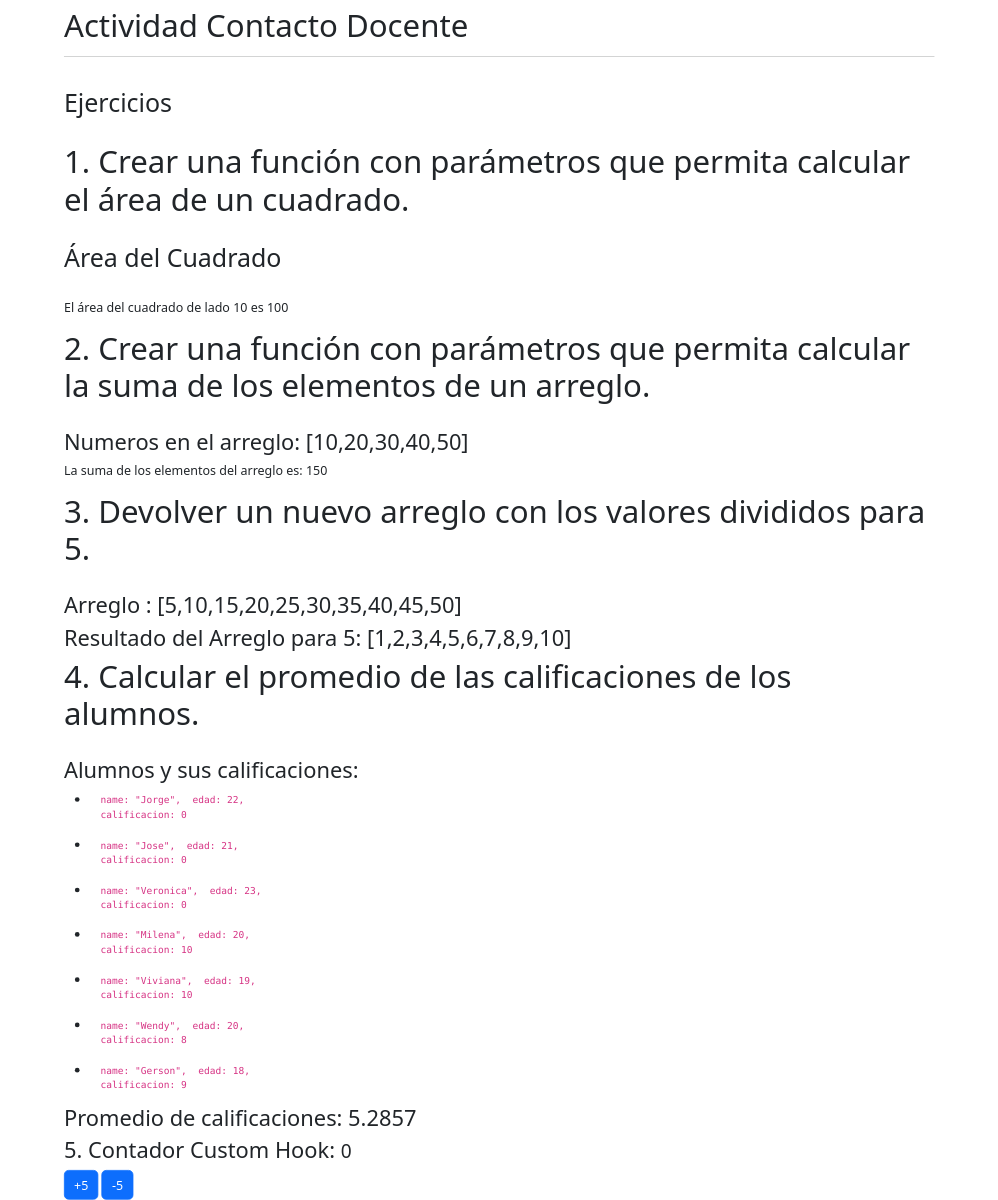
Repository: Jchimbo99/Actvidad1
Page: / (app in typescript-actividad/)
An editor plug-in stored every save of this project. The page is shown before and after the next save, followed by the edit.
The browser window is 1280 px wide. The pictures show the whole page, at 78% of full size.
The project was rebuilt for these pictures with package versions that can differ from the ones it lists, and the page was loaded fresh each time. Also part of the build but not shown: typescript-actividad/vite.config.ts.

Above is the page before, as saved 2025-01-24 17:57:48.

### typescript-actividad/index.html
<!doctype html>
<html lang="en">
  <head>
    <meta charset="UTF-8" />
    <link rel="icon" type="image/svg+xml" href="/vite.svg" />
    <meta name="viewport" content="width=device-width, initial-scale=1.0" />
    <link href="https://cdn.jsdelivr.net/npm/bootstrap@5.3.3/dist/css/bootstrap.min.css" rel="stylesheet" integrity="sha384-QWTKZyjpPEjISv5WaRU9OFeRpok6YctnYmDr5pNlyT2bRjXh0JMhjY6hW+ALEwIH" crossorigin="anonymous">

    <title>Activididad Jch</title>
  </head>
  <body class="container">
    <div id="root"></div>
    <script type="module" src="/src/main.tsx"></script>
  </body>
</html>

### typescript-actividad/src/App.tsx
import { ContadorCustomHook } from "./components/ContadorCustomHook";
import { AreaCuadrado } from "./typescript/AreaCuadrado";
import { SumaArreglo } from "./typescript/Arreglo";
import { ArreglosDivision } from "./typescript/ArreglosDivision";
import { PromedioCalificaciones } from "./typescript/PromedioCalificaciones";

export const App = () => {
  return (

    <div className="mt-2">
      <h1>Actividad Contacto Docente</h1>
      <hr />
      <br />
      <h2>Ejercicios</h2>
      <br />

      <AreaCuadrado/>

      <SumaArreglo/>
      <ArreglosDivision/>
      <PromedioCalificaciones/>
      <ContadorCustomHook/>
      </div>
  )
}


export default App;

### typescript-actividad/src/components/ContadorCustomHook.tsx
import { useCounter } from "../hooks/useCounter";

export const ContadorCustomHook = () => {

    //lamar custohok

    const {valor, contador}=useCounter(0);


return (
    <div>
    <h3>5. Contador Custom Hook: <small>{valor}</small>
    </h3>
    <button
        className="btn btn-primary"
        onClick={() => contador(5)}>+5
    </button>
    &nbsp;

    <button
        className="btn btn-primary"
        onClick={() => contador(-5)}>-5
    </button>
    &nbsp;
    </div>
);
};

### typescript-actividad/src/typescript/AreaCuadrado.tsx
export const AreaCuadrado = () => {
    const lado = 10;
    const area = lado * lado;

    return (
        <div>

            <h1>1.	Crear una función con parámetros que permita calcular el área de un cuadrado.</h1>
            <br />
            <h2>Área del Cuadrado</h2>
            <br />
            <p>El área del cuadrado de lado {lado} es {area}</p>

        </div>
    );
}

### typescript-actividad/src/typescript/Arreglo.tsx
export const SumaArreglo = () => {

    const numeros = [10, 20, 30, 40, 50];

    const calcularSuma = (numeros: number[]): number => {
        return numeros.reduce((total, numero) => total + numero, 0);
    }

    const totalSuma = calcularSuma(numeros);

    return (
        <div>
            <h1>2. Crear una función con parámetros que permita calcular la suma de los elementos de un arreglo.</h1>
            <br />
            <h3>Numeros en el arreglo: {JSON.stringify(numeros)}</h3>
            <p>La suma de los elementos del arreglo es: {totalSuma}</p>
        </div>
    );
}

### typescript-actividad/src/typescript/ArreglosDivision.tsx
export const ArreglosDivision = () => {
    const arreglo = [5, 10, 15, 20, 25, 30, 35, 40, 45, 50];

    const arregloDividido = arreglo.map((valor) => valor / 5);

    return (
        <div>
            <h1>3. Devolver un nuevo arreglo con los valores divididos para 5.</h1>
            <br />
            <h3>Arreglo : {JSON.stringify(arreglo)}</h3>
            <h3>Resultado del Arreglo para  5: {JSON.stringify(arregloDividido)}</h3>
        </div>
    );
}

### typescript-actividad/src/typescript/PromedioCalificaciones.tsx
interface Alumnos {
    name: string;
    edad: number;
    calificacion: number;
}

export const PromedioCalificaciones = () => {
    const alumnos: Alumnos[] = [
        {
            name: "Jorge",
            edad: 22,
            calificacion: 0,
        },
        {
            name: "Jose",
            edad: 21,
            calificacion: 0,
        },
        {
            name: "Veronica",
            edad: 23,
            calificacion: 0,
        },
        {
            name: "Milena",
            edad: 20,
            calificacion: 10,
        },
        {
            name: "Viviana",
            edad: 19,
            calificacion: 10,
        },
        {
            name: "Wendy",
            edad: 20,
            calificacion: 8,
        },
        {
            name: "Gerson",
            edad: 18,
            calificacion: 9,
        },
    ];

    // Función para calcular el promedio de las calificaciones
    const calcularPromedio = (alumnos: Alumnos[]): number => {
        const sumaCalificaciones = alumnos.reduce((total, alumno) => total + alumno.calificacion, 0);
        return sumaCalificaciones / alumnos.length;
    };

    const promedio = calcularPromedio(alumnos);

    return (
        <div>
            <h1>4. Calcular el promedio de las calificaciones de los alumnos.</h1>
            <br />
            <h3>Alumnos y sus calificaciones:</h3>
            <ul>
                {alumnos.map((alumno) => (
                    <li key={alumno.name}>
                        <code>
                            <pre>{`  name: "${alumno.name}",  edad: ${alumno.edad},\n  calificacion: ${alumno.calificacion}\n`}</pre>
                        </code>
                    </li>
                ))}
            </ul>
            <h3>Promedio de calificaciones: {Number(promedio.toFixed(4))}</h3>

        </div>
    );
};

### typescript-actividad/src/hooks/useCounter.tsx
import { useState } from "react";

export const useCounter = (inicial: number = 0) => {


    const [valor, setValor] = useState<number>(inicial);


    const contador = (numero: number): void => {
        setValor(valor + numero);
    }
return{
    valor,
    contador
}

}

Loaded but not shown: typescript-actividad/src/main.tsx (common file)

After the next save:
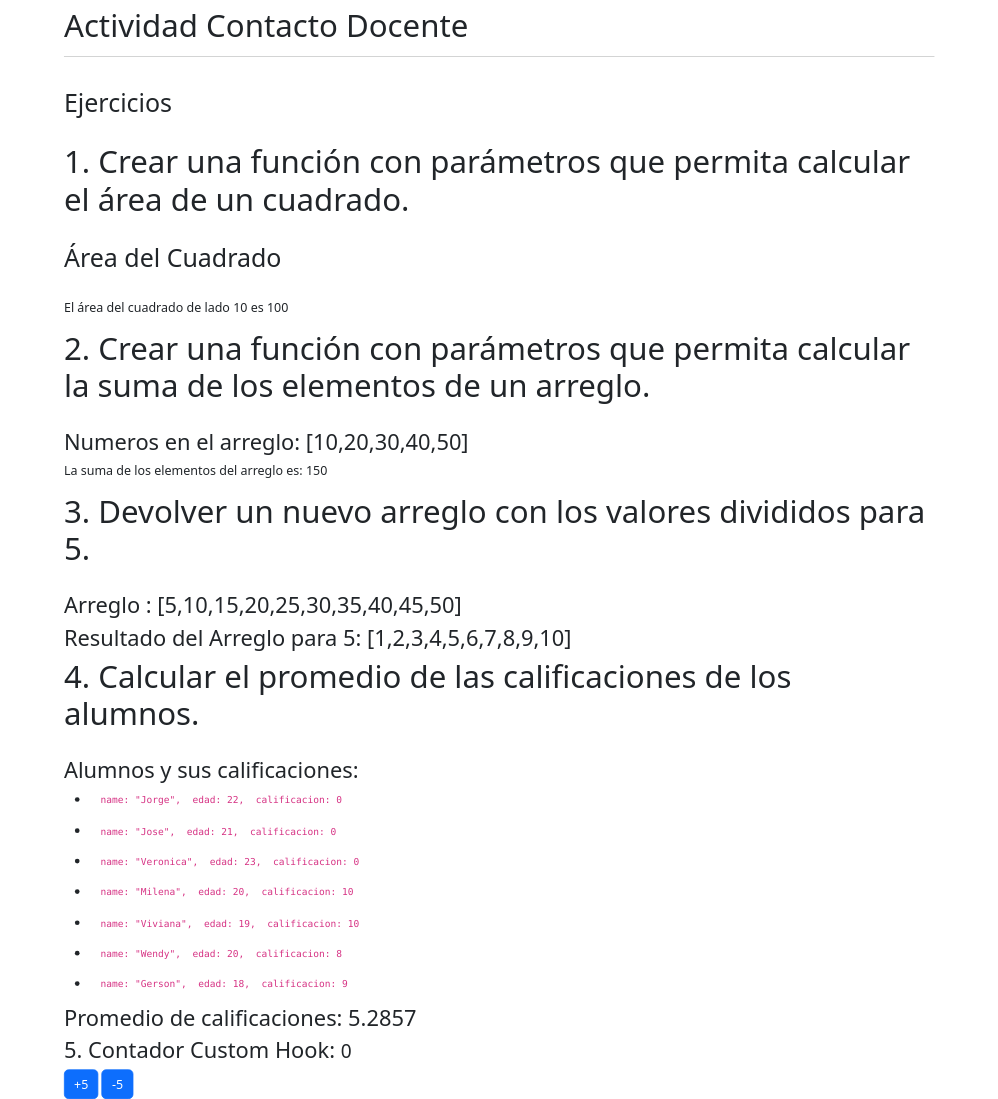
Saved 5 s later.
--- a/typescript-actividad/src/typescript/PromedioCalificaciones.tsx
+++ b/typescript-actividad/src/typescript/PromedioCalificaciones.tsx
@@ -60,7 +60,7 @@ export const PromedioCalificaciones = () => {
                 {alumnos.map((alumno) => (
                     <li key={alumno.name}>
                         <code>
-                            <pre>{`  name: "${alumno.name}",  edad: ${alumno.edad},\n  calificacion: ${alumno.calificacion}\n`}</pre>
+                            <pre>{`  name: "${alumno.name}",  edad: ${alumno.edad},  calificacion: ${alumno.calificacion}\n`}</pre>
                         </code>
                     </li>
                 ))}
